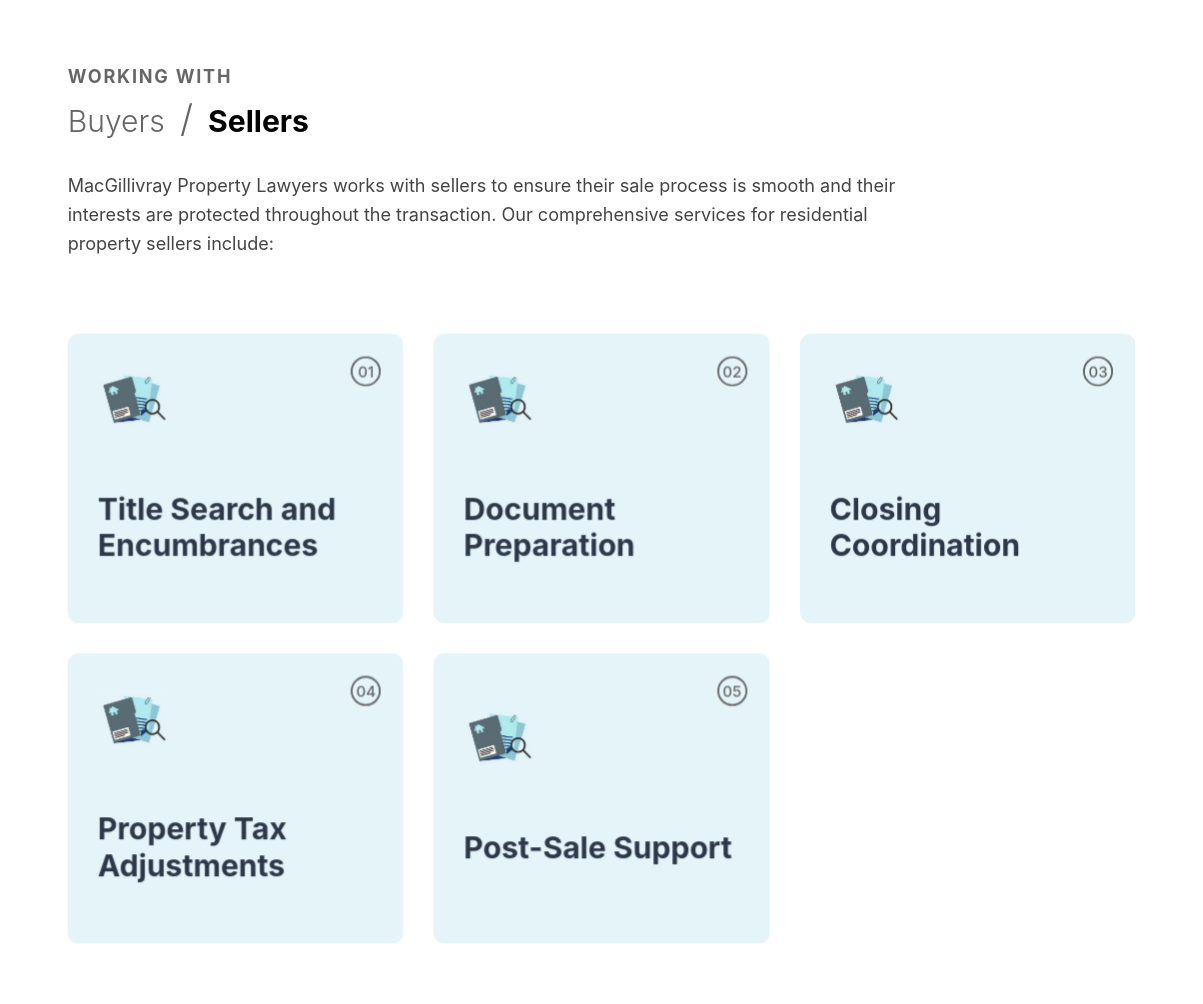
Repository: mibma/alphavent
Page: /sellers
These files come from the project's save history. The page is drawn as it stood at one moment and after a run of saves; the edit follows.
The browser window is 1280 px wide. The pictures show the whole page, at 94% of full size.
The project was rebuilt for these pictures with package versions that can differ from the ones it lists, and the page was loaded fresh each time. The framework's server and built-in components were replaced by stand-ins that run in the browser.

Above is the page before, as saved 2025-04-24 18:10:17.

After the next 2 saves:
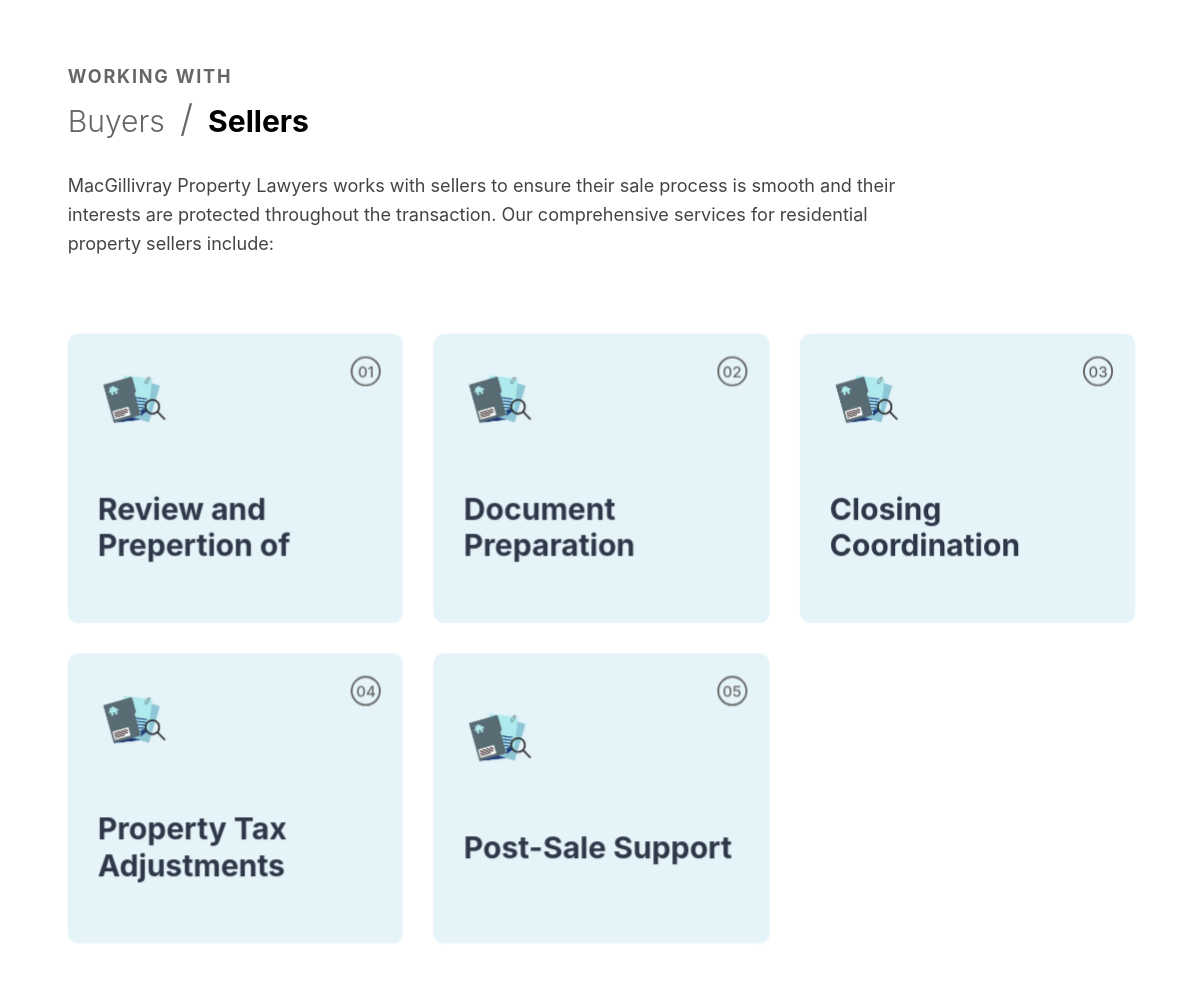
The 2 saves are shown as one change because they came seconds apart.
The last was saved 2 min 4 s later.
--- a/pages/sellers.js
+++ b/pages/sellers.js
@@ -8,7 +8,7 @@ import { useState } from 'react';
 const sellerServices = [
   {
     id: '01',
-    title: 'Title Search and Encumbrances',
+    title: 'Review and Prepertion of',
     icon: '/Capture.JPG'
   },
   {
